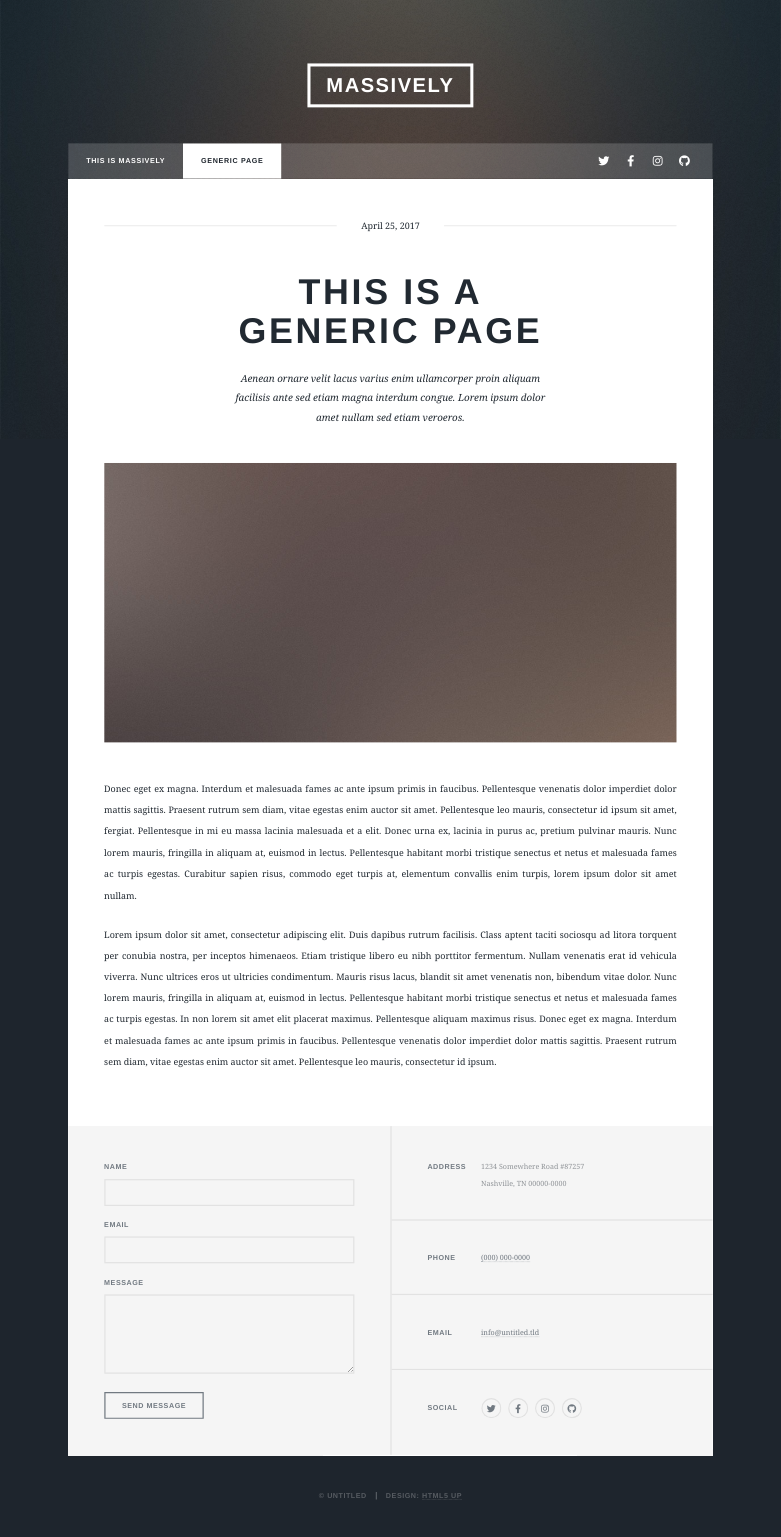
Repository: Sahet-dev/English-grammar-app
Page: generic.html
An editor plug-in stored every save of this project. The page is shown before and after the next save, followed by the edit.
The browser window is 1280 px wide. The pictures show the whole page, at 61% of full size.
Some web fonts or font styles are not loaded; a fallback is used.

Above is the page before, as saved 2022-06-27 05:08:09.

After the next save:
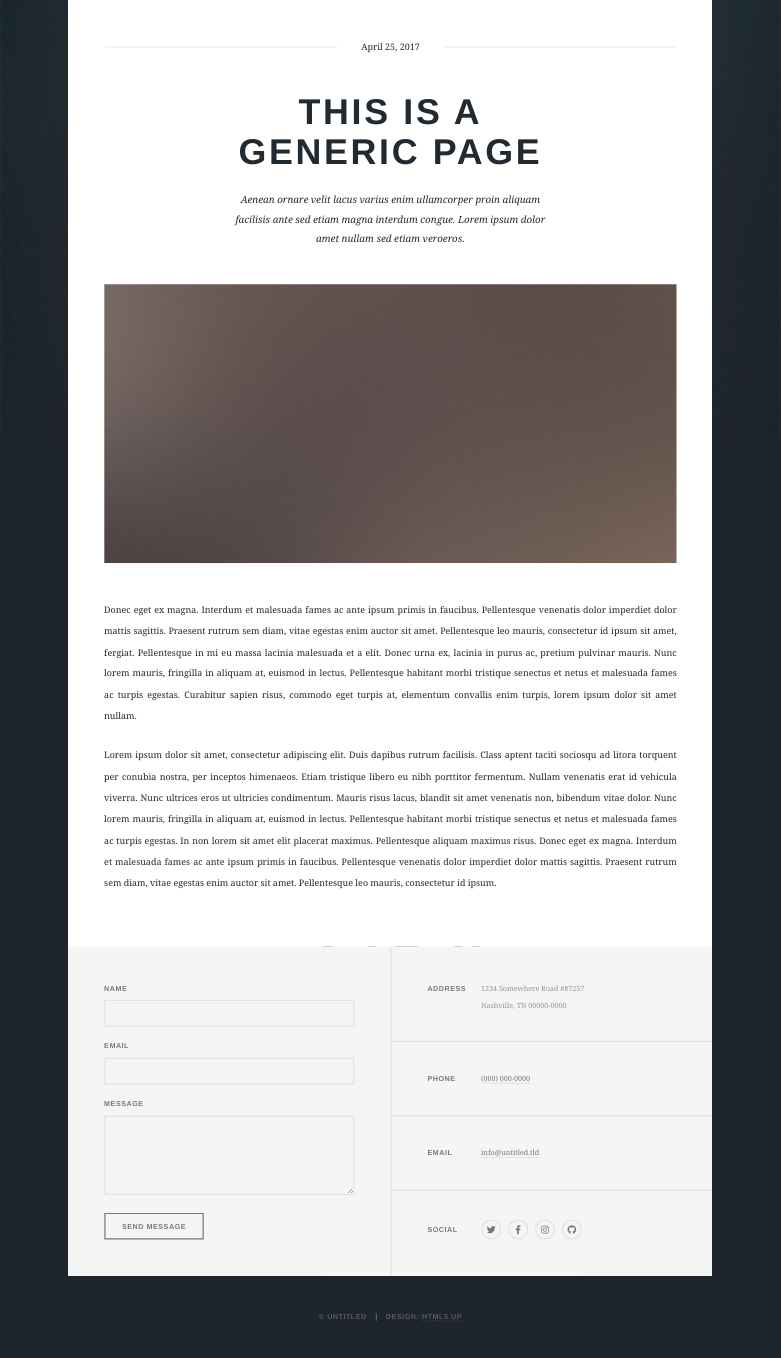
Saved 62 s later.
--- a/generic.html
+++ b/generic.html
@@ -18,9 +18,7 @@
 			<div id="wrapper">
 
 				<!-- Header -->
-					<header id="header">
-						<a href="index.html" class="logo">Massively</a>
-					</header>
+
 
 				<!-- Nav -->
 					<nav id="nav">

After the save that followed:
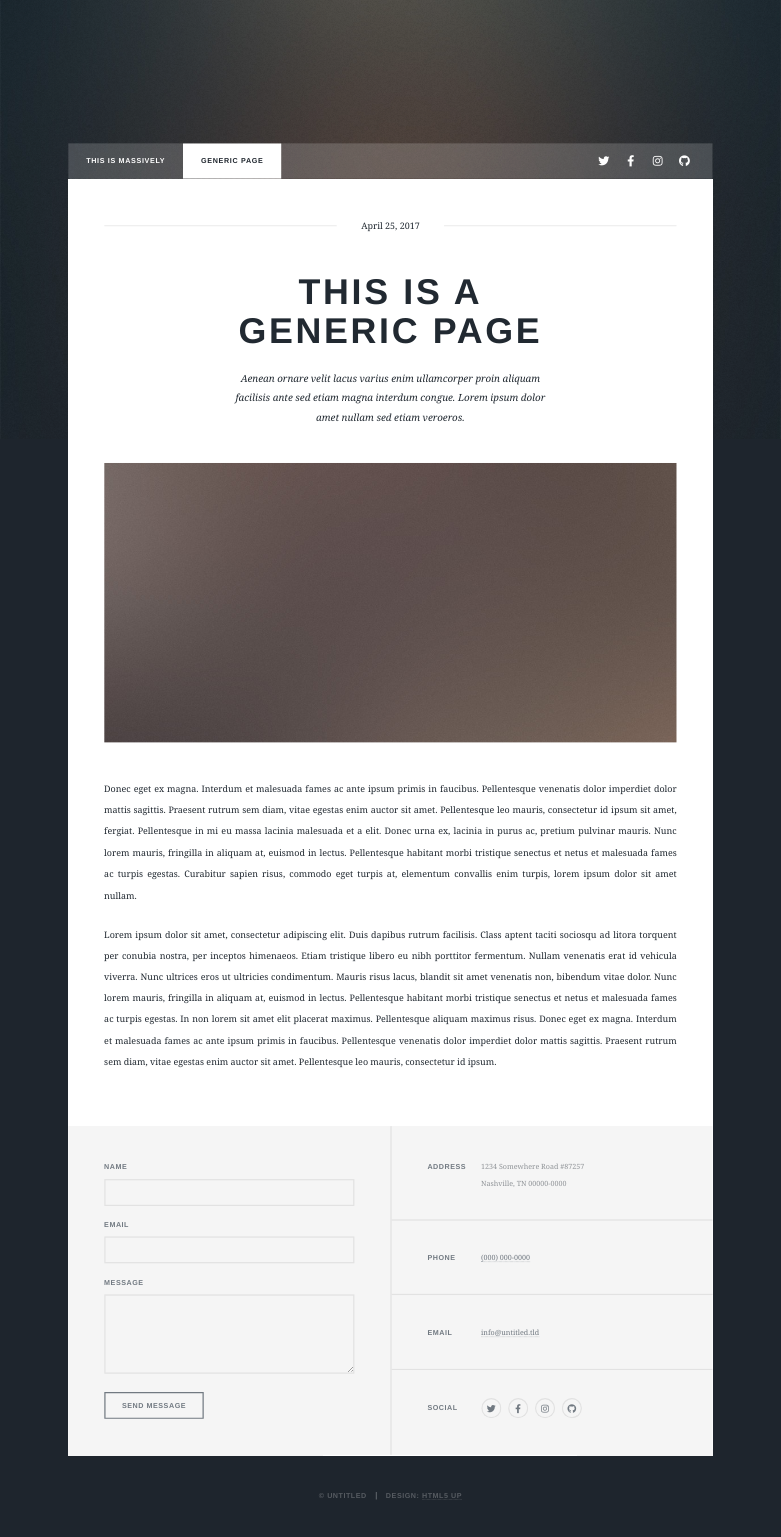
Saved 21 s later.
--- a/generic.html
+++ b/generic.html
@@ -18,7 +18,9 @@
 			<div id="wrapper">
 
 				<!-- Header -->
+					<header id="header">
 
+					</header>
 
 				<!-- Nav -->
 					<nav id="nav">
